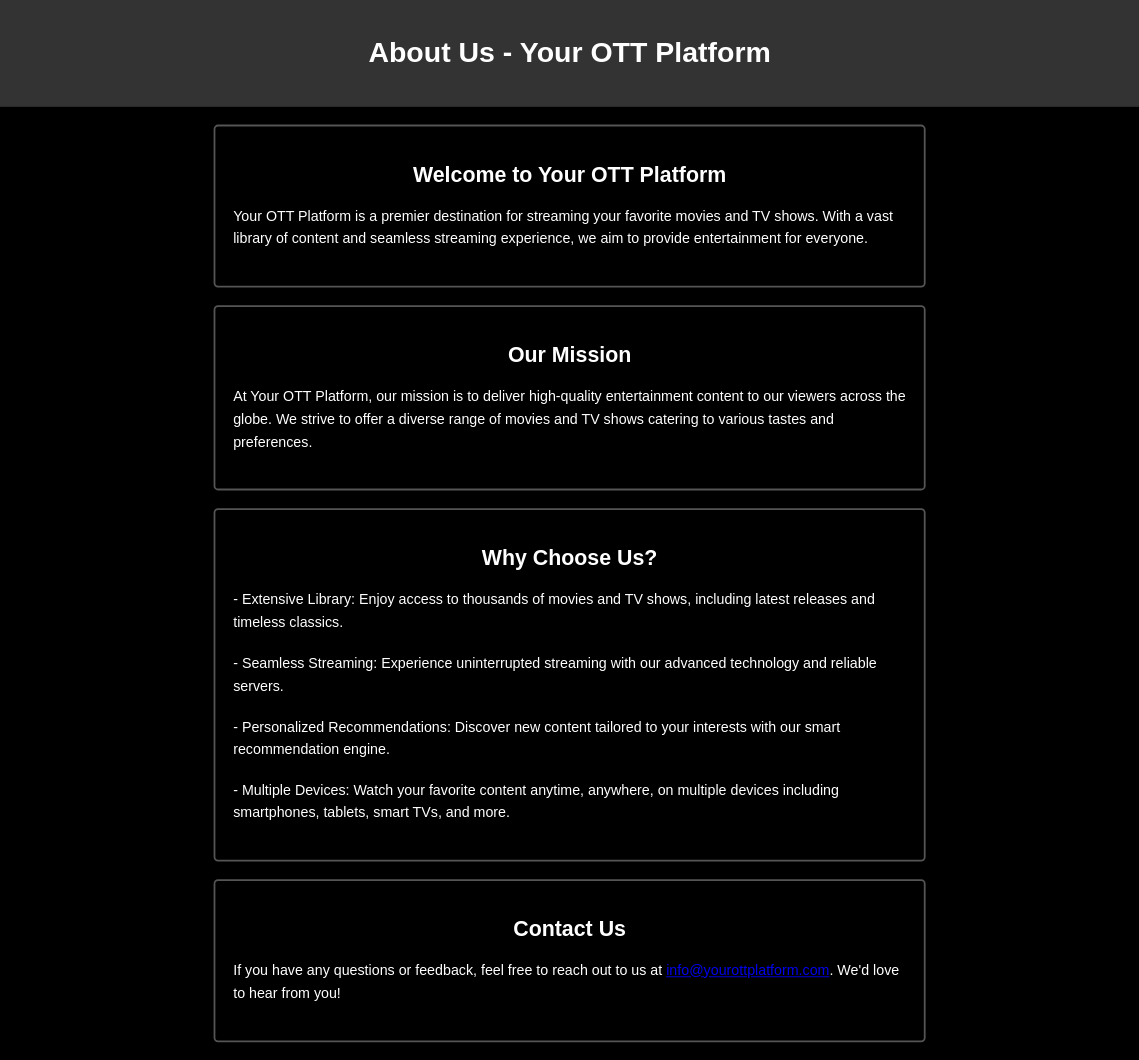
Repository: Ishanibmk/MOVIOT---An-OTT-Platform-using-Java-and-Springboot
Page: http://localhost/OTT/WEB-INF/view/about.jsp
These files come from the project's save history. The page is drawn as it stood at one moment and after the next save; the edit follows.
The browser window is 1280 px wide. The pictures show the whole page, at 89% of full size.
The page is served by Tomcat 9. Nobody is signed in. The template is opened directly, without the code that normally fills it, so the values that code supplies are empty.

Above is the page before, as saved 2024-03-02 10:15:24.

After the next save:
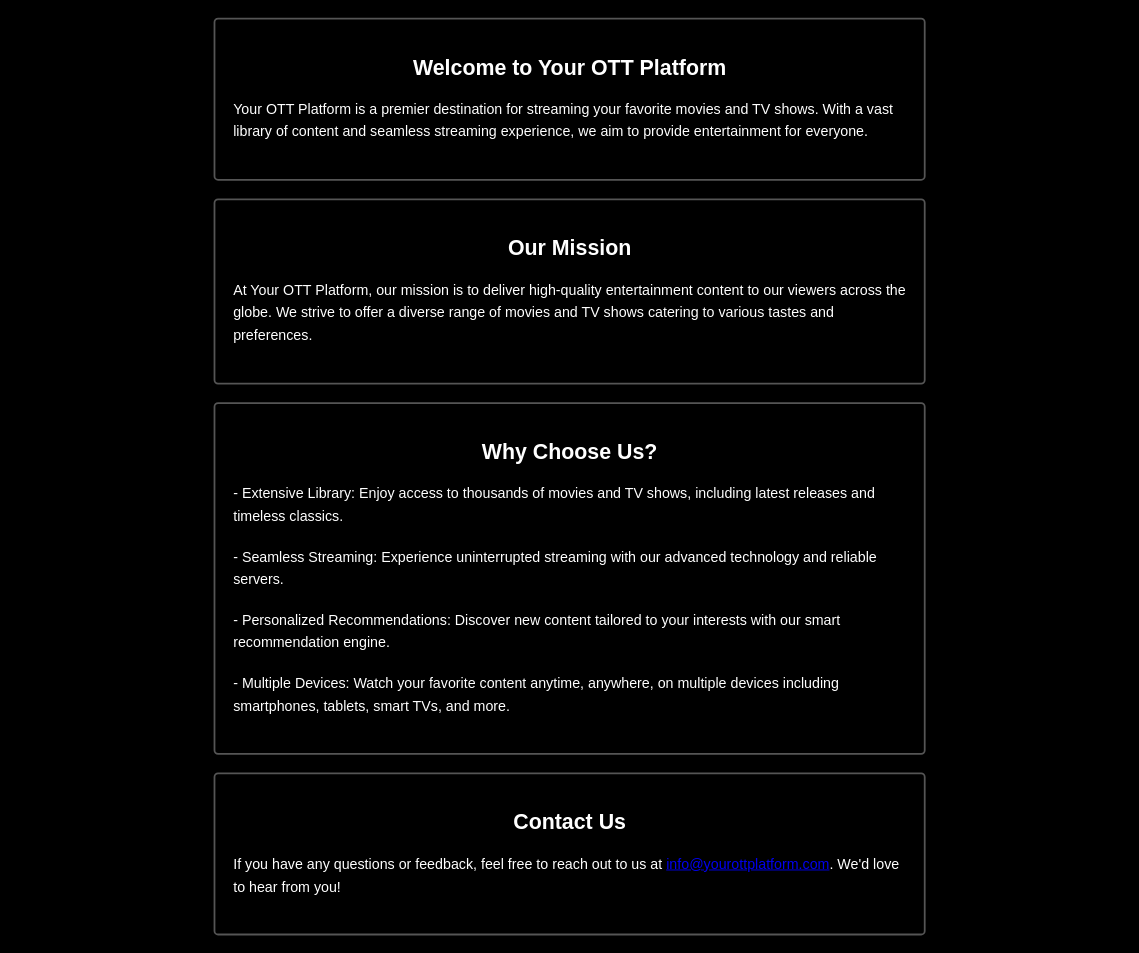
Saved 117 s later.
--- a/Moviot/MOVIOT-main/ott/OTT/src/main/webapp/WEB-INF/view/about.jsp
+++ b/Moviot/MOVIOT-main/ott/OTT/src/main/webapp/WEB-INF/view/about.jsp
@@ -41,9 +41,7 @@
     </style>
 </head>
 <body>
-    <header>
-        <h1>About Us - Your OTT Platform</h1>
-    </header>
+
     <div class="container">
         <div class="category">
             <h2>Welcome to Your OTT Platform</h2>
